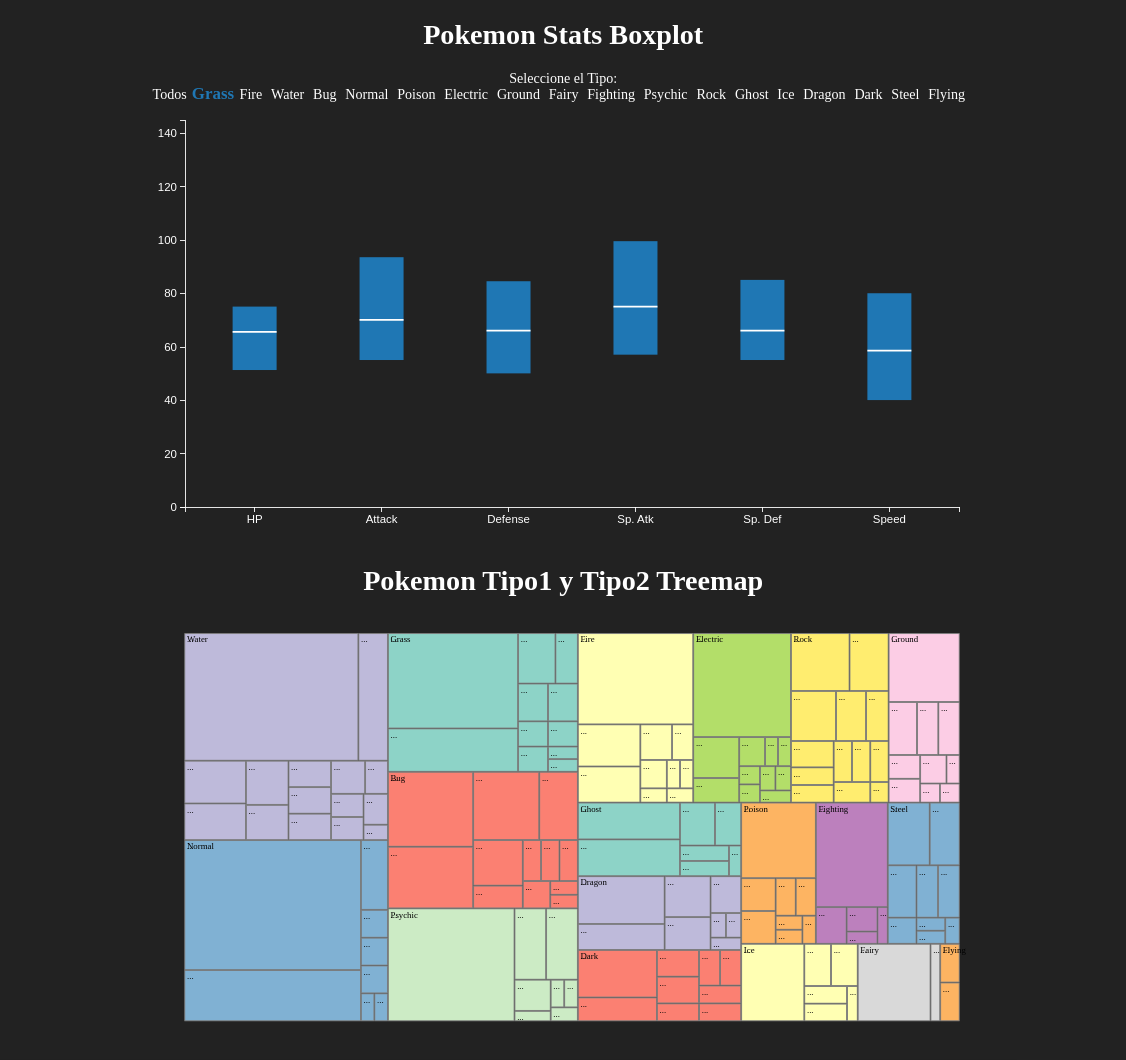
Repository: Cartterr/Proyecto-VisInfo
Page: Propuesta1_Tipos_Cajas.html
These files come from the project's save history. The page is drawn as it stood at one moment and after the next save; the edit follows.
The browser window is 1280 px wide. The pictures show the whole page, at 88% of full size.

Above is the page before, as saved 2023-06-28 04:03:32.

### Propuesta1_Tipos_Cajas.html
<!DOCTYPE html>
<html>
<head>
    <meta charset="utf-8">
    <title>Pokemon Stats Boxplot</title>
    <script src="https://d3js.org/d3.v7.min.js"></script>
</head>

<body>
    <h1>Pokemon Stats Boxplot</h1>
    <link rel="stylesheet" href="Propuesta1_Tipos_Cajas.css">
    <div>
        <label for="typeSelect">Seleccione el Tipo:</label>
        <div class="type-list-container">
            <ul class="type-list" id="typeList"></ul>
        </div>
    </div>
    <div id="boxplot"></div>
    <h1>Pokemon Tipo1 y Tipo2 Treemap</h1>
    <div id="treemap"></div>
    <script src="Propuesta1_Tipos_Cajas.js"></script>
</body>
</html>

### Propuesta1_Tipos_Cajas.css
body {
    margin: 0 auto;
    background-color: #222;
    color: white;
    max-width: 80%;
    min-width: 500px;
    text-align: center;
}

.box {
    fill: #1f77b4;
    cursor: pointer;
    position: relative; /* Agregado */
}

.box:hover {
    fill: #456b86;
}

.tooltip {
    position: absolute;
    background-color: #fff;
    border: 1px solid #ccc;
    padding: 10px;
    pointer-events: none;
    opacity: 0;
    transition: opacity 0.3s ease-in-out;
    top: -40px; /* Agregado */
    left: 0; /* Agregado */
    width: 100px; /* Agregado */
    text-align: center; /* Agregado */
}

.box:hover .tooltip {
    opacity: 1;
}

.median {
    stroke: white;
    stroke-width: 2px;
}

.axis text {
    font-size: 13px;
}

.axis line,
.axis path {
    fill: none;
    stroke: white;
    shape-rendering: crispEdges;
}

.type-list-container {
    display: flex;
    justify-content: center;
}

.type-list {
    display: flex;
    white-space: nowrap;
    padding: 0;
    margin: 0;
    list-style-type: none;
}

.type-list li {
    margin-right: 10px;
    transition: transform 0.3s;
}

.type-list li:hover {
    transform: scale(1.1);
}

.type-list li.selected {
    transform: scale(1.2);
    font-weight: bold;
    color: #1f77b4;
}

.type-list-container {
    overflow-y: hidden;
}

.type-list {
    display: flex;
    white-space: nowrap;
    padding: 0;
    margin: 0;
    list-style-type: none;
}

.type-list li {
    margin-right: 10px;
}

text {
    font-size: 10px;
}

### Propuesta1_Tipos_Cajas.js


let selectedType = 'Todos';

d3.csv("pokemon.csv").then(data => {
    const types = Array.from(new Set(data.map(d => d["Type 1"])));
    const statNames = ["HP", "Attack", "Defense", "Sp. Atk", "Sp. Def", "Speed"];

    const margin = { top: 20, right: 30, bottom: 40, left: 50 },
        width = 960 - margin.left - margin.right,
        height = 500 - margin.top - margin.bottom;

    const svg = d3.select("#boxplot")
        .append("svg")
        .attr("width", width + margin.left + margin.right)
        .attr("height", height + margin.top + margin.bottom)
        .append("g")
        .attr("transform", `translate(${margin.left},${margin.top})`);

    const x = d3.scaleBand()
        .range([0, width])
        .padding(0.1);

    const y = d3.scaleLinear()
        .range([height, 0]);

    const xAxis = d3.axisBottom(x);
    const yAxis = d3.axisLeft(y);

    svg.append("g")
        .attr("class", "axis x-axis")
        .attr("transform", `translate(0,${height})`)
        .call(xAxis);

    svg.append("g")
        .attr("class", "axis y-axis")
        .call(yAxis);

    const updateBoxPlot = (selectedType) => {
        let typeData;
        if (selectedType === 'Todos') {  // Add this condition
            typeData = data;
        } else {
            typeData = data.filter(d => d["Type 1"] === selectedType);
        }

        const typeStats = statNames.map(stat => typeData.map(d => +d[stat]));

        x.domain(statNames);
        y.domain([0, d3.max(typeStats, d => d3.max(d))]);

        svg.select(".x-axis")
            .call(xAxis);

        svg.select(".y-axis")
            .transition()
            .duration(250)
            .call(yAxis);

        const boxWidth = Math.min(50, x.bandwidth());

        svg.selectAll(".box")
            .data(typeStats)
            .join("rect")
            .transition()
            .duration(450)
            .attr("class", "box")
            .attr("x", (d, i) => x(statNames[i]) + (x.bandwidth() - boxWidth) / 2)
            .attr("width", boxWidth)
            .attr("y", d => y(d3.quantile(d, 0.75)))
            .attr("height", d => y(d3.quantile(d, 0.25)) - y(d3.quantile(d, 0.75)));

        typeList.selectAll("li")
            .classed("selected", d => d === selectedType);

        svg.selectAll(".median")
            .data(typeStats)
            .join("line")
            .transition()
            .duration(450)
            .attr("class", "median")
            .attr("x1", (d, i) => x(statNames[i]) + (x.bandwidth() - boxWidth) / 2)
            .attr("x2", (d, i) => x(statNames[i]) + (x.bandwidth() + boxWidth) / 2)
            .attr("y1", d => y(d3.median(d)))
            .attr("y2", d => y(d3.median(d)));


    };

    const typeList = d3.select("#typeList");
    typeList.selectAll("li")
        .data(['Todos'].concat(types))  // Add 'Todos' to the list
        .enter()
        .append("li")
        .text(d => d)
        .on("click", function () {
            let clickedType = d3.select(this).text();

            if (clickedType === selectedType) {
                selectedType = 'Todos';
            } else {
                selectedType = clickedType;
            }

            svgTreemap.selectAll("rect")
                .attr("opacity", d => d.parent.data.name === selectedType || selectedType === 'Todos' ? 1 : 0.3);

            updateBoxPlot(selectedType);
        });


    // Initialize with the first type
    updateBoxPlot(types[0]);

    // Add an id for each Pokemon (needed to compute hierarchy)
    data.forEach((d, i) => d.id = i);


   //TREEMAP
    const color = d3.scaleOrdinal()
    .domain(types)
    .range(d3.schemeSet3);

    // Group the data by Type 1 and Type 2
    let groupedData = d3.group(data, d => d["Type 1"], d => d["Type 2"]);

    // Convert the grouped data into a hierarchical structure
    let hierarchyData = { name: "root", children: [] };
    for (let [type1, values1] of groupedData) {
        let type1Node = { name: type1, children: [] };
        for (let [type2, values2] of values1) {
            type1Node.children.push({ name: type2, value: values2.length });
        }
        hierarchyData.children.push(type1Node);
    }


    // Building the treemap
    const root = d3.hierarchy(hierarchyData)
        .sum(d => d.value)
        .sort((a, b) => b.value - a.value);

    d3.treemap()
        .size([width, height])
        .paddingInner(1)
        (root);

    const svgTreemap = d3.select("#treemap")
        .append("svg")
        .attr("width", width + margin.left + margin.right)
        .attr("height", height + margin.top + margin.bottom)
        .append("g")
        .attr("transform", `translate(${margin.left},${margin.top})`);

    // Create a parent groups for Type 1
    const groups = svgTreemap.selectAll('g')
        .data(root.children)
        .enter()
        .append('g');

    let selectedTypeNode = null;

    // Create a subgroup for each leaf under Type 1 group
    groups.selectAll("rect")
        .data(d => d.leaves())
        .enter()
        .append("rect")
        .attr("x", d => d.x0)
        .attr("y", d => d.y0)
        .attr("width", d => d.x1 - d.x0)
        .attr("height", d => d.y1 - d.y0)
        .attr("fill", d => color(d.parent.data.name)) // color according to Type 1
        .attr("stroke", "grey")
        .attr("opacity", 1)
        .on("click", function(event, d) {
            svgTreemap.selectAll("rect")
                .attr("opacity", 0.3); // reduce opacity for all rectangles

            if (selectedTypeNode) {

                selectedTypeNode.selectAll("rect")
                    .attr("opacity", 0.3); // reset opacity for previously selected group
            }

            if (selectedTypeNode === d3.select(this.parentNode)) {
                selectedTypeNode = null;
            } else {
                selectedTypeNode = d3.select(this.parentNode);

                selectedTypeNode.selectAll("rect")
                    .attr("opacity", 1); // set full opacity for selected group
            }

            const type = d.parent.data.name; // Type 1
            selectedType = selectedType === type ? 'Todos' : type;

            svgTreemap.selectAll("rect")
                .attr("opacity", d => selectedType === 'Todos' || d.parent.data.name === selectedType ? 1 : 0.3);


            typeList.selectAll("li")
                .classed("selected", d => d === selectedType);

            updateBoxPlot(selectedType);
        });

    // Add labels for Type 2 and Type 1
    groups.selectAll("text.type2")
        .data(d => d.leaves())
        .enter()
        .append("text")
        .attr("class", "type2")
        .attr("x", d => d.x0 + 2.5)
        .attr("y", d => d.y0 + 10)
        .text(d => d.data.name.length * 6 < (d.x1 - d.x0) ? d.data.name : `${d.data.name.slice(0, (d.x1 - d.x0) / 6)}...`) // Truncate text if it doesn't fit
        .text(d => d.data.name.width * 0 < (d.y0 - d.y1) ? d.data.name : `...`) // Truncate text if it doesn't fit
        .append("title")  // Tooltip to show full name on hover
        .text(d => d.data.name);

    groups.append("text")
        .attr("class", "type1")
        .attr("x", d => d.x0 + 2.5)
        .attr("y", d => d.y0 + 10)
        .text(d => d.data.name) // show Type 1
        .append("title")  // Tooltip to show full name on hover
        .text(d => d.data.name);
});

After the next save:
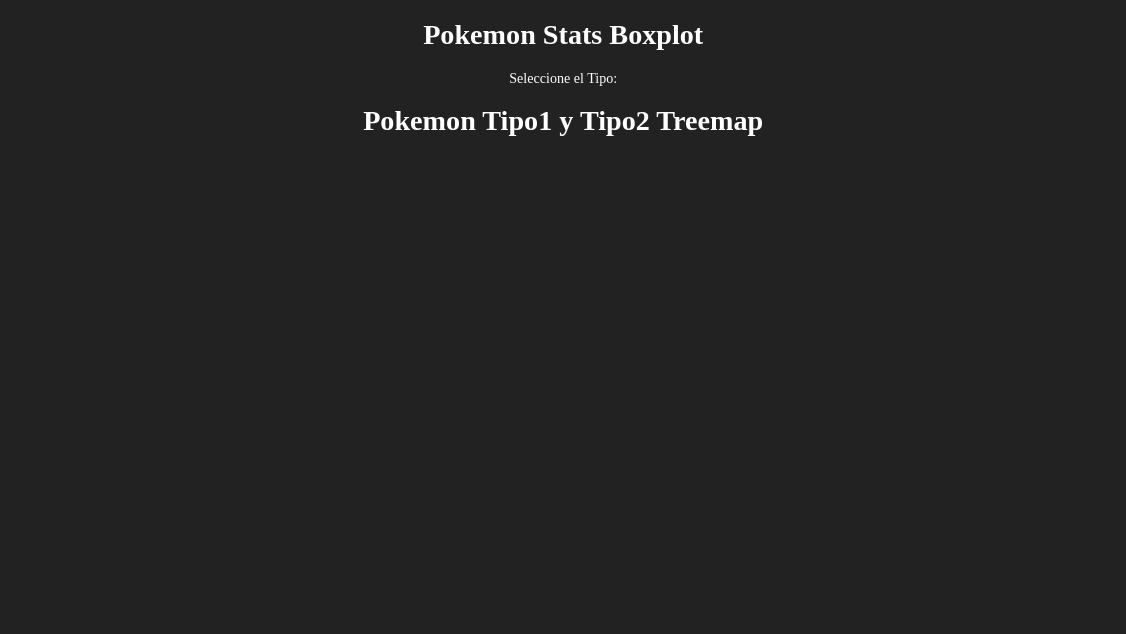
Console error: SyntaxError: Unexpected token '<'
Saved 37 s later.
--- a/Propuesta1_Tipos_Cajas.js
+++ b/Propuesta1_Tipos_Cajas.js
@@ -213,7 +213,7 @@
         .attr("x", d => d.x0 + 2.5)
         .attr("y", d => d.y0 + 10)
         .text(d => d.data.name.length * 6 < (d.x1 - d.x0) ? d.data.name : `${d.data.name.slice(0, (d.x1 - d.x0) / 6)}...`) // Truncate text if it doesn't fit
-        .text(d => d.data.name.width * 0 < (d.y0 - d.y1) ? d.data.name : `...`) // Truncate text if it doesn't fit
+        .text(d => d.data.name. < 10000000 ? d.data.name : `...`) // Truncate text if it doesn't fit
         .append("title")  // Tooltip to show full name on hover
         .text(d => d.data.name);
 

After the save that followed:
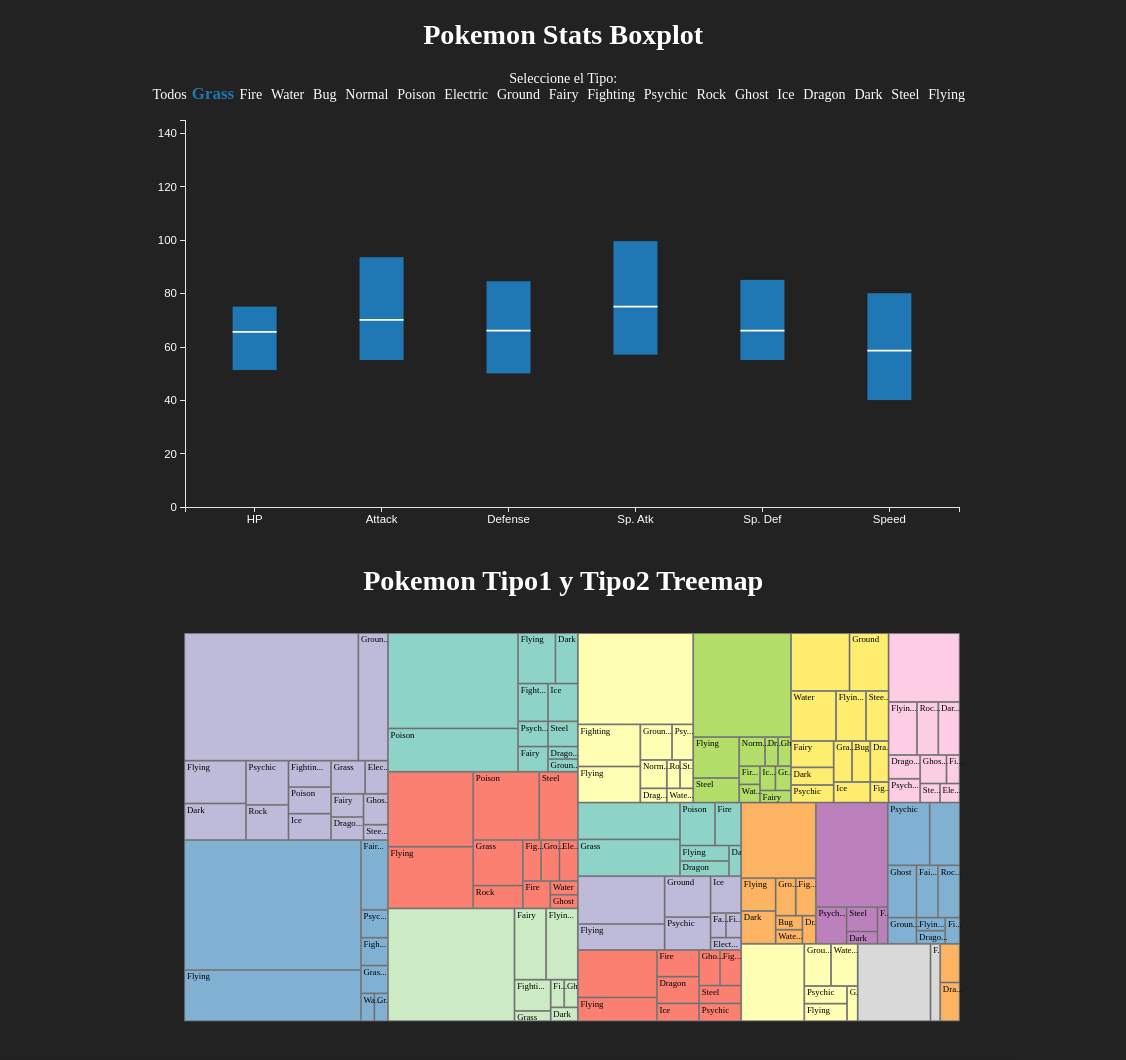
Console error: TypeError: d.getBoundingClientRect is not a function
Saved 63 s later.
--- a/Propuesta1_Tipos_Cajas.js
+++ b/Propuesta1_Tipos_Cajas.js
@@ -213,7 +213,7 @@
         .attr("x", d => d.x0 + 2.5)
         .attr("y", d => d.y0 + 10)
         .text(d => d.data.name.length * 6 < (d.x1 - d.x0) ? d.data.name : `${d.data.name.slice(0, (d.x1 - d.x0) / 6)}...`) // Truncate text if it doesn't fit
-        .text(d => d.data.name. < 10000000 ? d.data.name : `...`) // Truncate text if it doesn't fit
+        .text(d => d.getBoundingClientRect().height < 0 ? d.data.name : `...`) // Truncate text if it doesn't fit
         .append("title")  // Tooltip to show full name on hover
         .text(d => d.data.name);
 
